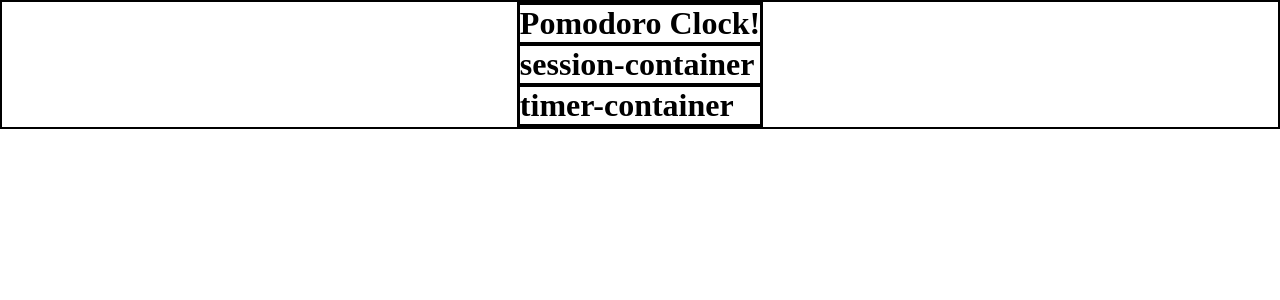
Repository: mcostigliola/pomodoroTimer
Page: index.html
An editor plug-in stored every save of this project. The page is shown before and after the next save, followed by the edit.
The browser window is 1280 px wide. The pictures show the whole page.

Above is the page before, as saved 2020-05-21 19:37:54.
Not found: main.js

After the next save:
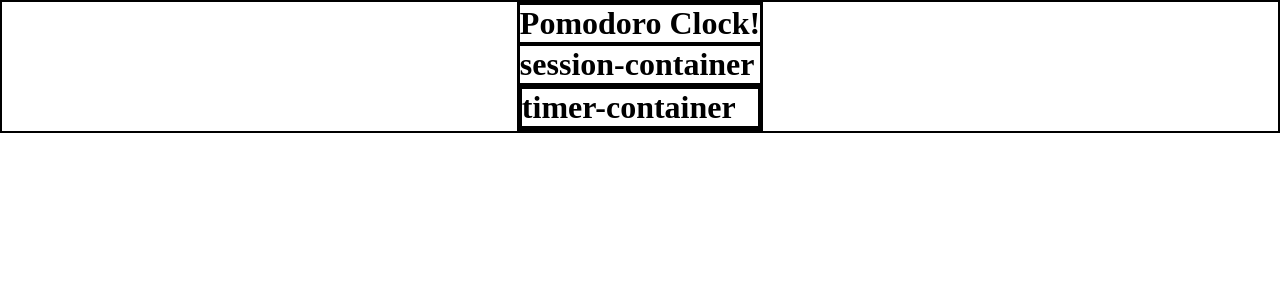
Saved 2 min 7 s later.
--- a/index.html
+++ b/index.html
@@ -16,6 +16,8 @@
 
     <div id="session-container">
       <h1>session-container</h1>
+      <div class="timer-configurator">
+      <div class="timer-configurator">
     </div>
 
     <div id="timer-container">
